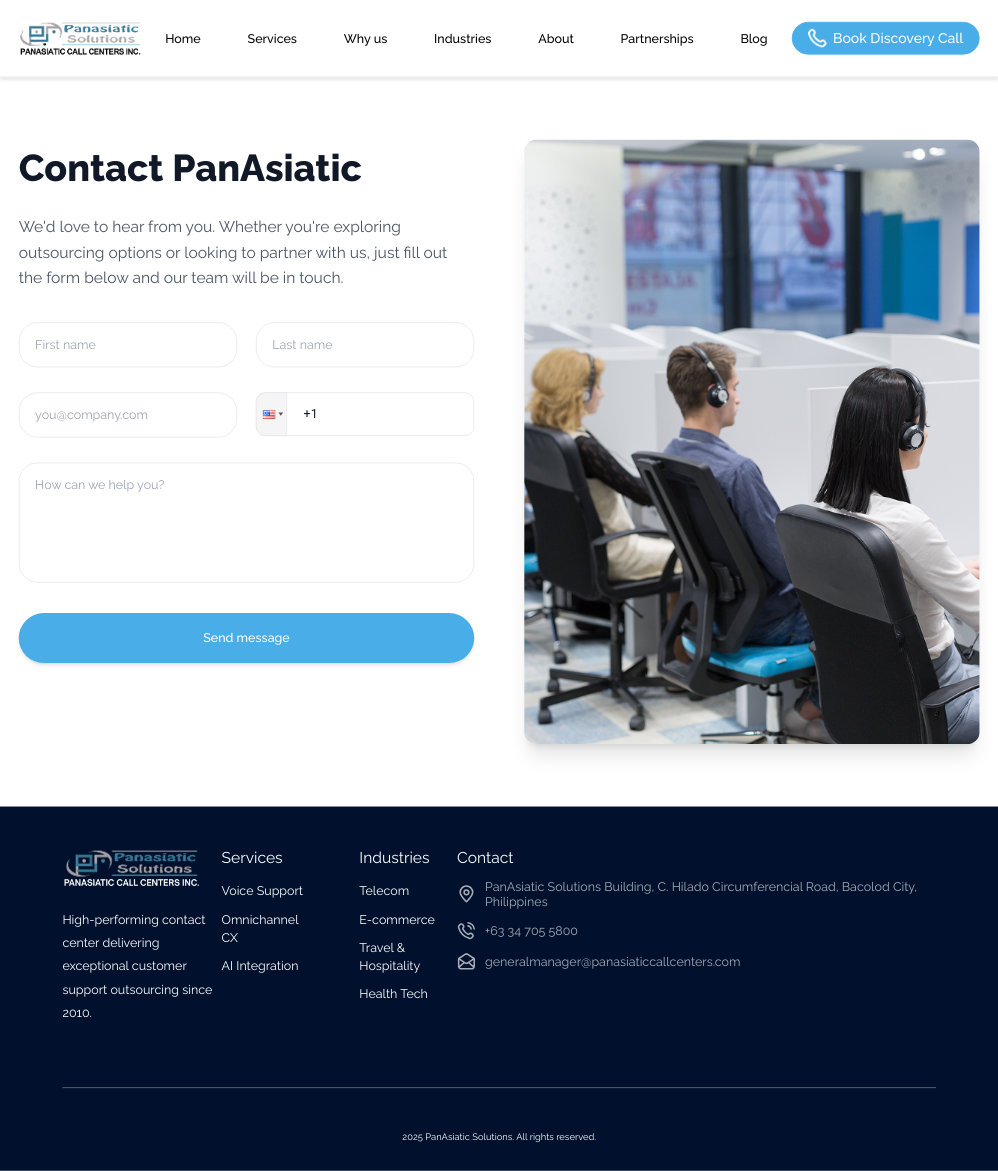
Repository: joshcolored/panasiaticweb
Page: /contact
The author's editor kept a copy of each file at every save. The page is drawn from the files as they stood at one save, then again after the next save.
The browser window is 1280 px wide. The pictures show the whole page, at 78% of full size.
The project was rebuilt for these pictures with package versions that can differ from the ones it lists, and the page was loaded fresh each time. Also part of the build but not shown: vite.config.js, src/pages/Homepage/HeroSection.jsx, src/pages/Homepage/FastFactsSection.jsx, src/pages/Homepage/CoreServicesSection.jsx, src/pages/Homepage/WhyChooseUsSection.jsx, src/pages/Homepage/FAQSection.jsx, src/pages/Homepage/CTASection.jsx, src/pages/Homepage/index.jsx and 35 more.

Above is the page before, as saved 2026-01-22 21:01:59.

After the next save:
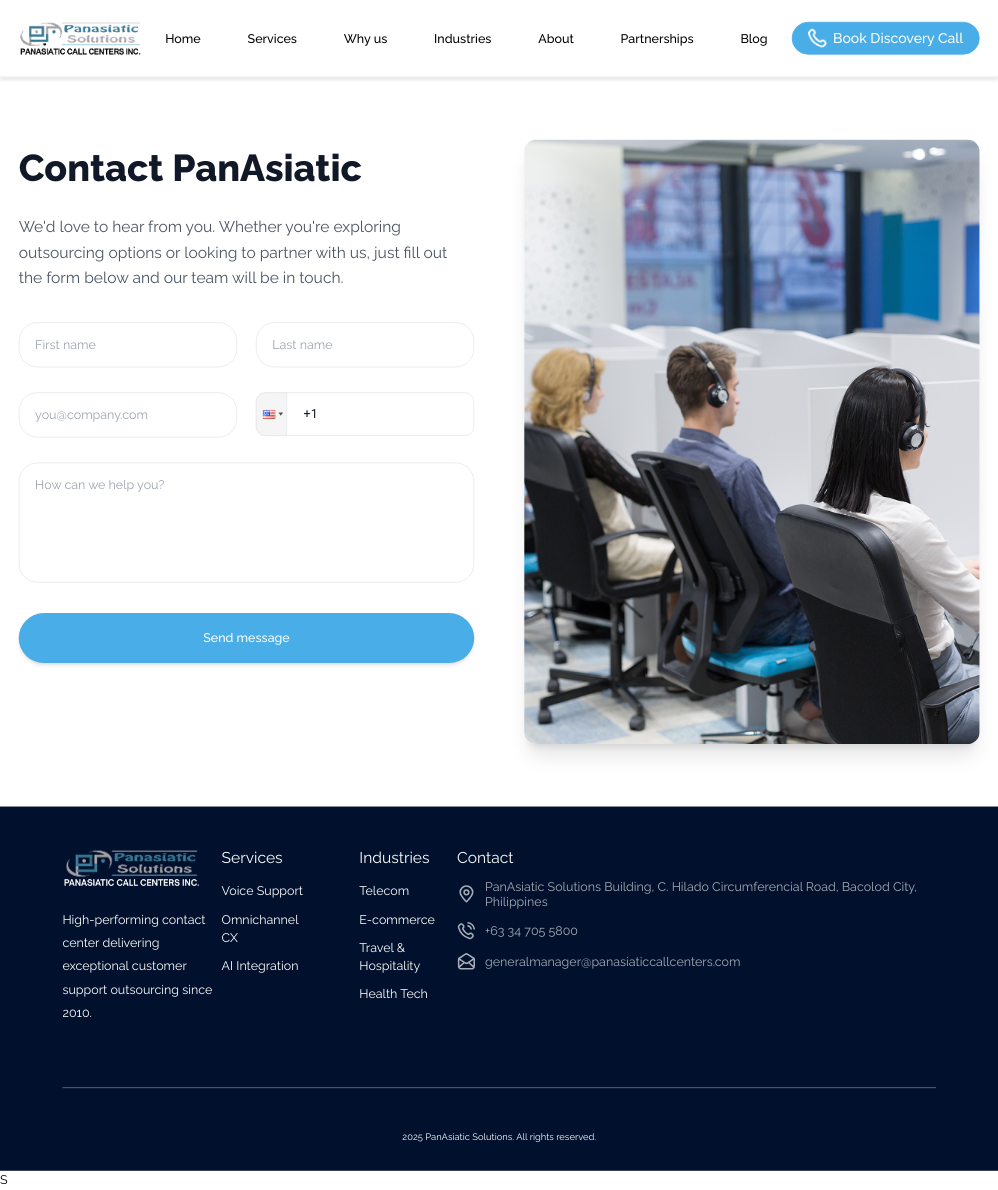
Saved 39 min 16 s later.
--- a/src/pages/Contact/index.jsx
+++ b/src/pages/Contact/index.jsx
@@ -18,7 +18,7 @@
         <Header />
         <HeroSection />
         <Footer />
-      </main>
+      </main>S
     </>
   );
 };
